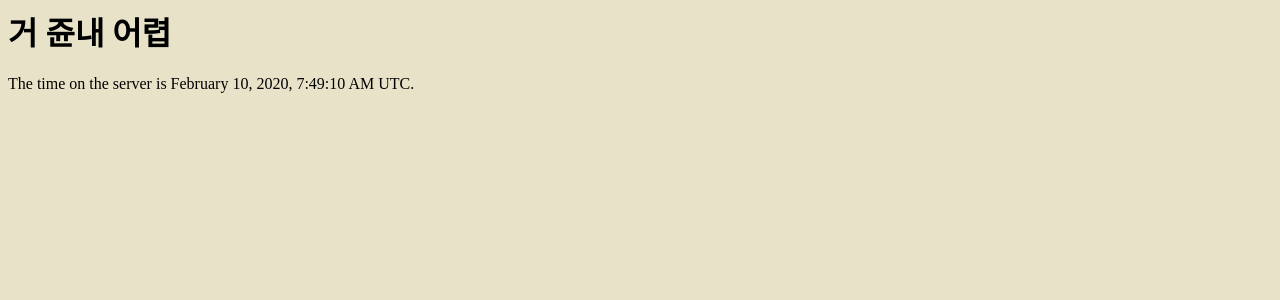
Repository: yoshicon/yoshino
Page: http://localhost/vavo/
The author's editor kept a copy of each file at every save. The page is drawn from the files as they stood at one save, then again after the next save.
The browser window is 1280 px wide. The pictures show the whole page.
The page is served by Tomcat 9. Other server files are loaded and not shown. The template is opened directly, without the code that normally fills it, so the values that code supplies are empty.

Above is the page before, as saved 2020-02-10 08:34:16.

### vavo/src/main/webapp/WEB-INF/views/home.jsp
<%@ page language="java" contentType="text/html; charset=UTF-8" pageEncoding="UTF-8"%>
<%@ taglib uri="http://java.sun.com/jsp/jstl/core" prefix="c" %>
<%@ page session="false" %>
<html>
<head>
	<title>바보</title>
</head>
<body bgcolor="#e8e3c8">
<h1>
	거 쥰내 어렵
</h1>

<P>  The time on the server is ${serverTime}. </P>
</body>
</html>

After the next save:
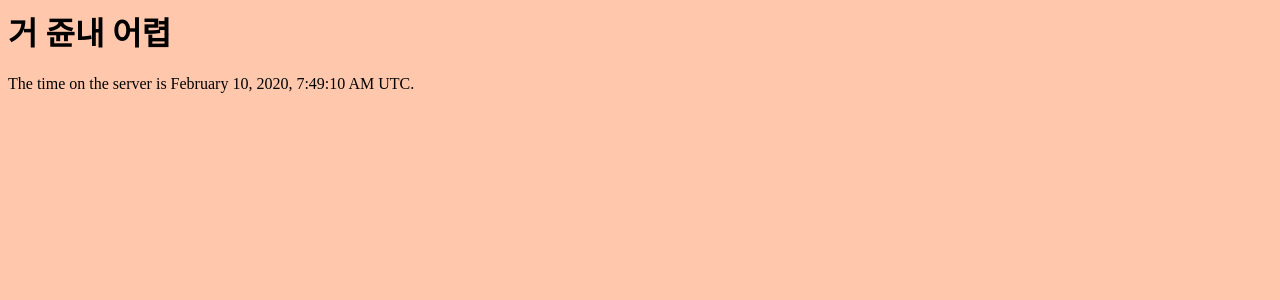
Saved 14 s later.
--- a/vavo/src/main/webapp/WEB-INF/views/home.jsp
+++ b/vavo/src/main/webapp/WEB-INF/views/home.jsp
@@ -5,7 +5,7 @@
 <head>
 	<title>바보</title>
 </head>
-<body bgcolor="#e8e3c8">
+<body bgcolor="#ffc8ad">
 <h1>
 	거 쥰내 어렵
 </h1>
